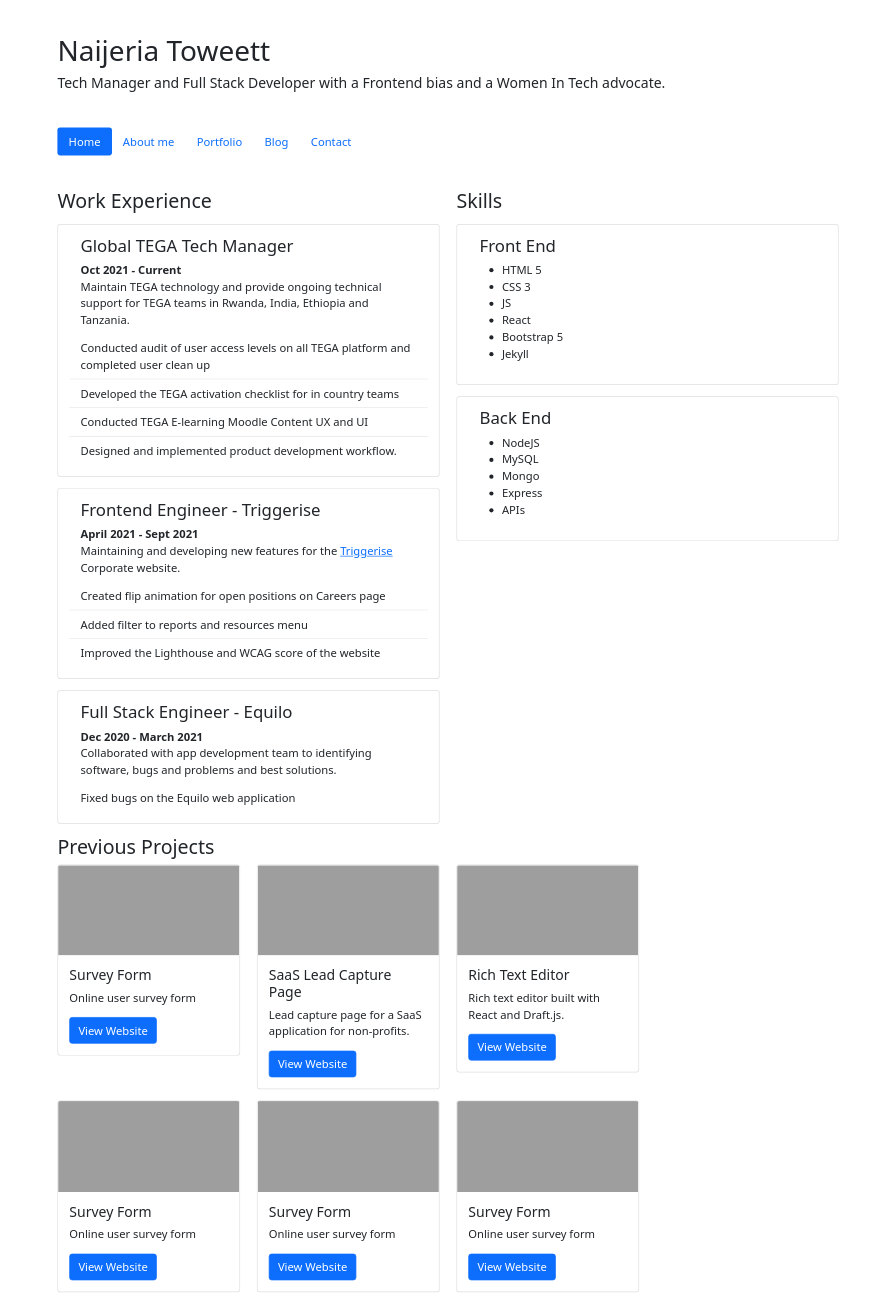
Repository: mamatechafrica/portfolio
Page: index.html
These files come from the project's save history. The page is drawn as it stood at one moment and after the next save; the edit follows.
The browser window is 1280 px wide. The pictures show the whole page, at 70% of full size.
Pictures or frames that could not be fetched are drawn as grey boxes.

Above is the page before, as saved 2022-01-04 19:31:04.

After the next save:
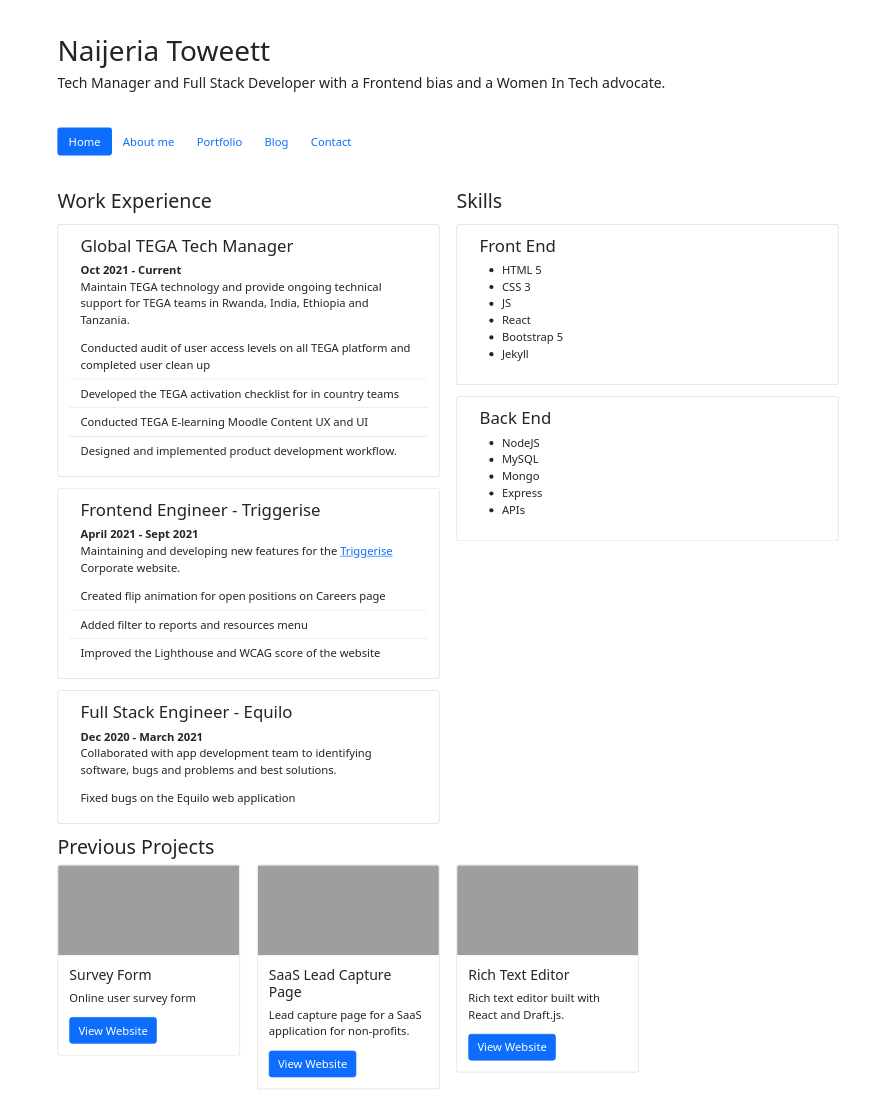
Saved 8 min 12 s later.
--- a/index.html
+++ b/index.html
@@ -162,38 +162,38 @@
                     </div>
                 </div>
             </div>
-            <div class="row mb-3">
-                <div class="col-lg-3">
-                    <div class="card m-b-3">
-                        <img src="https://picsum.photos/400/200" alt="Survey Form" class="card-img-top">
-                        <div class="card-body">
-                            <h5 class="card-title">Survey Form</h5>
-                            <p class="card-text">Online user survey form</p>
-                            <div class="btn btn-primary">View Website</div>
-                        </div>
-                    </div>
-                </div>
-                <div class="col-lg-3">
-                    <div class="card m-b-3">
-                        <img src="https://picsum.photos/400/200" alt="Survey Form" class="card-img-top">
-                        <div class="card-body">
-                            <h5 class="card-title">Survey Form</h5>
-                            <p class="card-text">Online user survey form</p>
-                            <div class="btn btn-primary">View Website</div>
-                        </div>
-                    </div>
-                </div>
-                <div class="col-lg-3">
-                    <div class="card m-b-3">
-                        <img src="https://picsum.photos/400/200" alt="Survey Form" class="card-img-top">
-                        <div class="card-body">
-                            <h5 class="card-title">Survey Form</h5>
-                            <p class="card-text">Online user survey form</p>
-                            <div class="btn btn-primary">View Website</div>
-                        </div>
-                    </div>
-                </div>
-            </div>
+            <!-- <div class="row mb-3">
+                <div class="col-lg-3">
+                    <div class="card m-b-3">
+                        <img src="https://picsum.photos/400/200" alt="Survey Form" class="card-img-top">
+                        <div class="card-body">
+                            <h5 class="card-title">Survey Form</h5>
+                            <p class="card-text">Online user survey form</p>
+                            <div class="btn btn-primary">View Website</div>
+                        </div>
+                    </div>
+                </div>
+                <div class="col-lg-3">
+                    <div class="card m-b-3">
+                        <img src="https://picsum.photos/400/200" alt="Survey Form" class="card-img-top">
+                        <div class="card-body">
+                            <h5 class="card-title">Survey Form</h5>
+                            <p class="card-text">Online user survey form</p>
+                            <div class="btn btn-primary">View Website</div>
+                        </div>
+                    </div>
+                </div>
+                <div class="col-lg-3">
+                    <div class="card m-b-3">
+                        <img src="https://picsum.photos/400/200" alt="Survey Form" class="card-img-top">
+                        <div class="card-body">
+                            <h5 class="card-title">Survey Form</h5>
+                            <p class="card-text">Online user survey form</p>
+                            <div class="btn btn-primary">View Website</div>
+                        </div>
+                    </div>
+                </div>
+            </div> -->
         </div>
 
 
